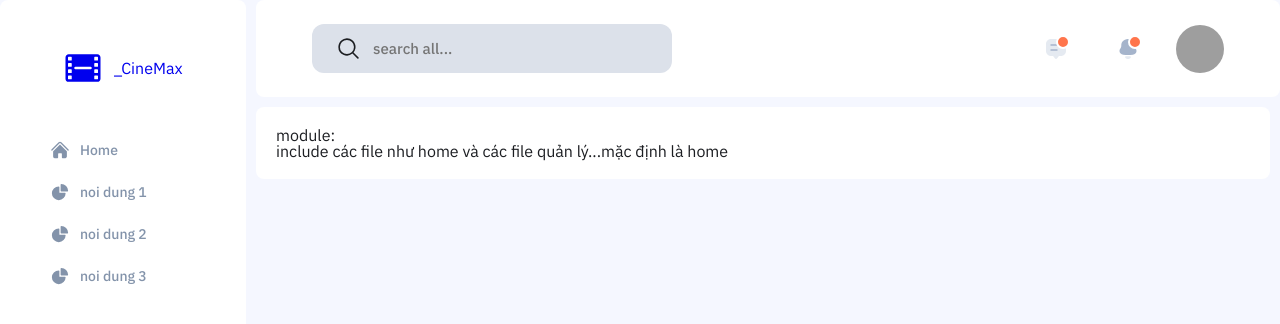
Repository: tdthinhtran961/DoAnCineMax
Page: http://localhost/admin/index.php?act=movies
An editor plug-in stored every save of this project. The page is shown before and after the next save, followed by the edit.
The browser window is 1280 px wide. The pictures show the whole page.
Pictures or frames that could not be fetched are drawn as grey boxes. The page is run by PHP 8.4 with error messages shown; the project is at /var/www/html/.

Above is the page before, as saved 2023-05-26 00:04:19.

After the next save:
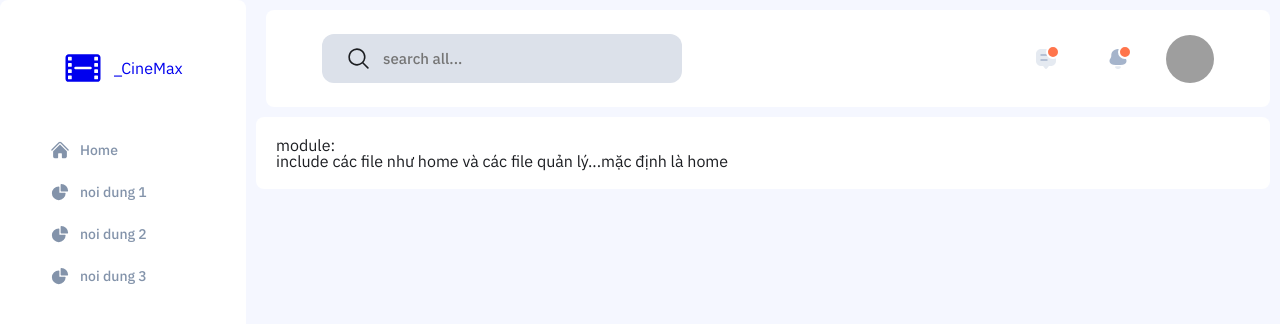
Saved 27 s later.
--- a/admin/index.css
+++ b/admin/index.css
@@ -108,7 +108,7 @@
   display:flex;
   justify-content: space-between;
   align-items: center;
-  margin-bottom: 10px;
+  margin: 10px;
   border-radius: 8px;
 }
 .search {

After the save that followed:
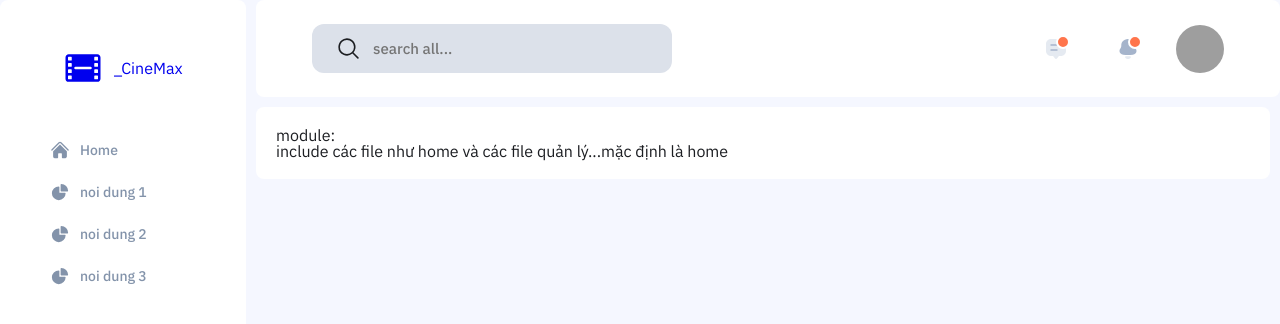
Saved 6 s later.
--- a/admin/index.css
+++ b/admin/index.css
@@ -108,7 +108,7 @@
   display:flex;
   justify-content: space-between;
   align-items: center;
-  margin: 10px;
+  margin: 0 0 10px;
   border-radius: 8px;
 }
 .search {
